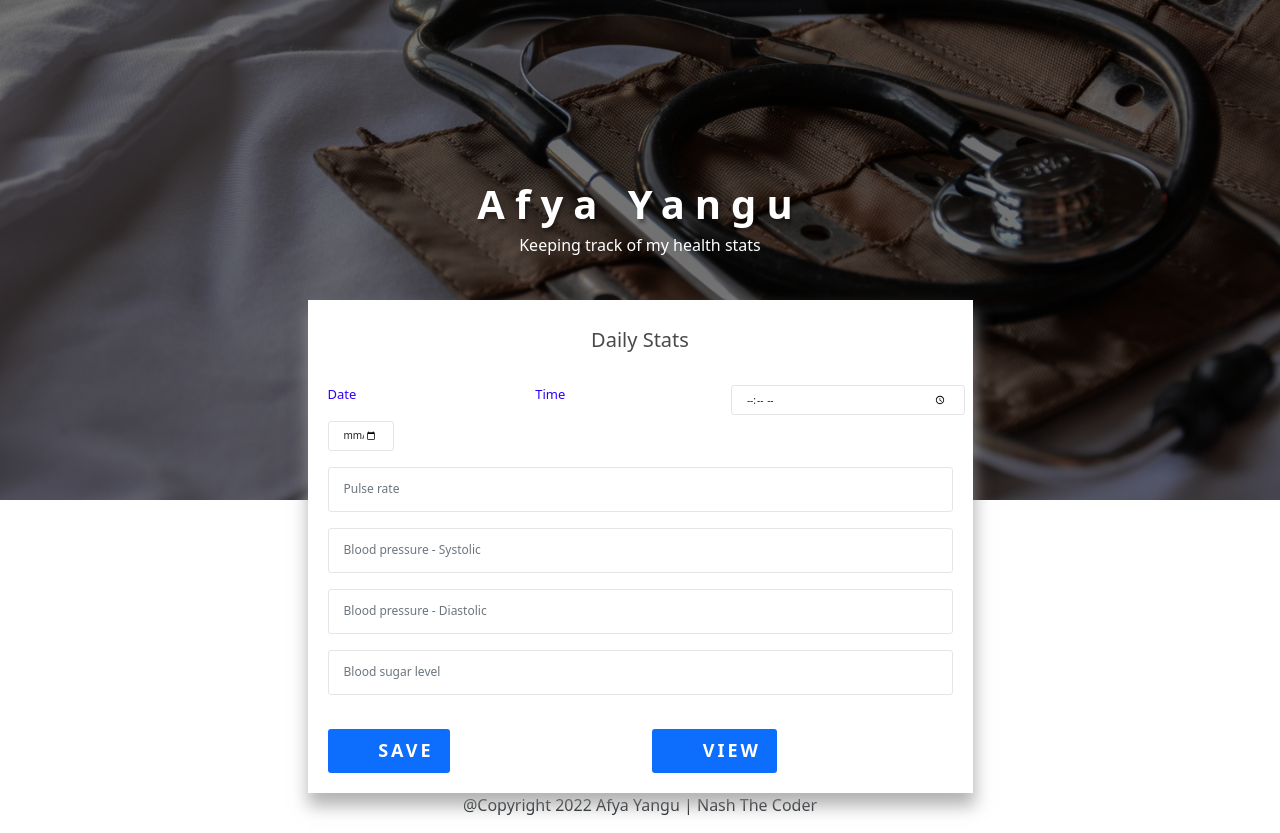
Repository: nashthecoder/afya_yangu
Page: /
The author's editor kept a copy of each file at every save. The page is drawn from the files as they stood at one save, then again after the next save.
The browser window is 1280 px wide. The pictures show the whole page.
The project was rebuilt for these pictures with package versions that can differ from the ones it lists, and the page was loaded fresh each time.

Above is the page before, as saved 2022-02-27 16:55:12.

After the next save:
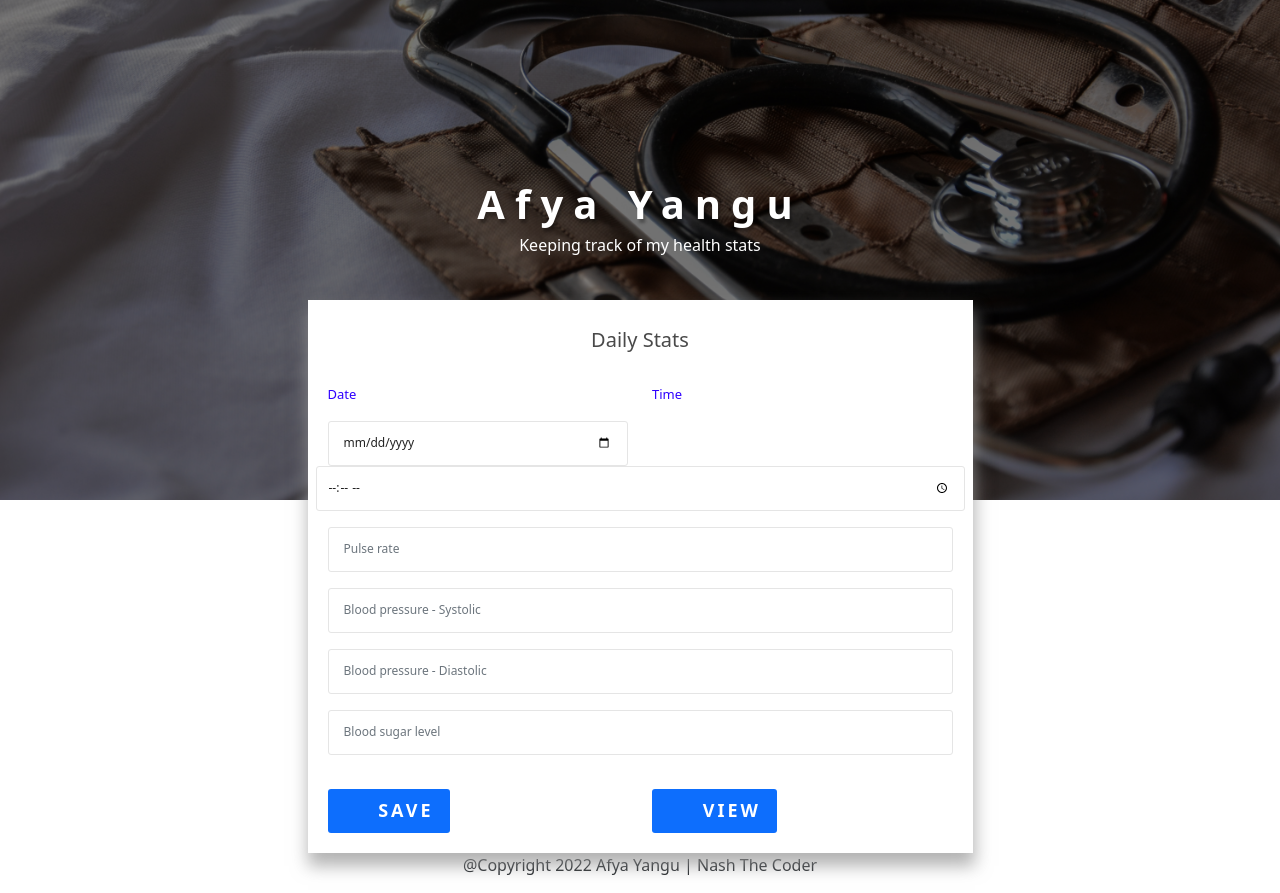
Saved 32 s later.
--- a/src/style.scss
+++ b/src/style.scss
@@ -53,20 +53,20 @@ input.form-control {
     transition: all 0.3s;
 }
 
-input.form-control-short {
-    color: #222;
-    font-size: 10px;
-    background: $white;
-    padding: 0 15px;
-    width: 36%;
-    height: 30px;
-    line-height: 35px;
-    outline: none;
-    border: 1px solid #e5e5e5;
-    border-radius: 3px;
-    box-shadow: none;
-    transition: all 0.3s;
-}
+// input.form-control-short {
+//     color: #222;
+//     font-size: 10px;
+//     background: $white;
+//     padding: 0 15px;
+//     width: 36%;
+//     height: 30px;
+//     line-height: 35px;
+//     outline: none;
+//     border: 1px solid #e5e5e5;
+//     border-radius: 3px;
+//     box-shadow: none;
+//     transition: all 0.3s;
+// }
 
 .btn-primary {
     font-weight: 600;
